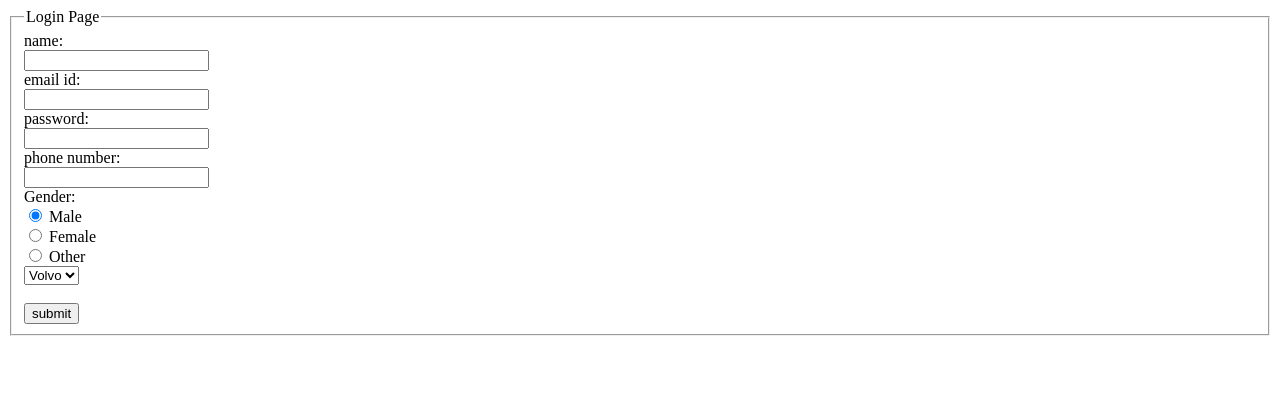
Repository: dhanush199/ServletProject
Page: LoginRegistrationApp/WebContent/index.html
The author's editor kept a copy of each file at every save. The page is drawn from the files as they stood at one save, then again after the next save.
The browser window is 1280 px wide. The pictures show the whole page.

Above is the page before, as saved 2019-01-22 09:34:08.

### LoginRegistrationApp/WebContent/index.html
<!DOCTYPE html>
<html>
<head>
<meta charset="UTF-8">
<title>Registration Form</title>
</head>
<body>
	<form action="login" method="get">
		<fieldset>
			<legend>Login Page</legend>
			name:<br> <input type="text" name="name"><br> email
			id:<br> <input type="text" name="email"><br>
			password:<br> <input type="password" name="password"><br>
			phone number:<br> <input type="number" name="phoneNumber"><br>
			Gender:<br> <input type="radio" name="gender" value="male"
				checked> Male<br> <input type="radio" name="gender"
				value="female"> Female<br> <input type="radio"
				name="gender" value="other"> Other<br> <select
				name="cars">
				<option value="volvo">Volvo</option>
				<option value="saab">Saab</option>
				<option value="fiat">Fiat</option>
				<option value="audi">Audi</option>
			</select> <br>
			<br> <input type="submit" value="submit">
		</fieldset>
	</form>
</body>
</html>

After the next save:
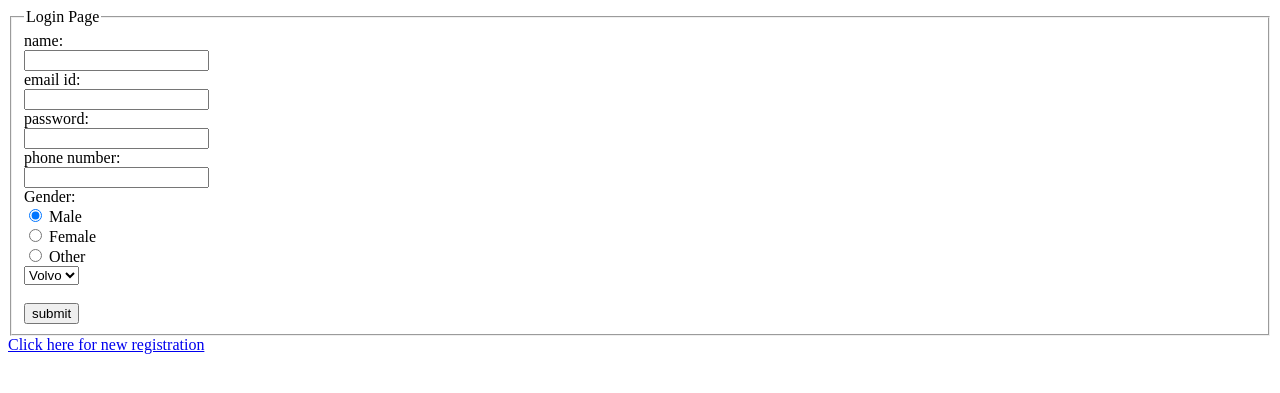
Saved 5 min 11 s later.
--- a/LoginRegistrationApp/WebContent/index.html
+++ b/LoginRegistrationApp/WebContent/index.html
@@ -24,6 +24,8 @@
 			</select> <br>
 			<br> <input type="submit" value="submit">
 		</fieldset>
+		<a href=login.html>Click here for new registration</a><br>
+
 	</form>
 </body>
 </html>
